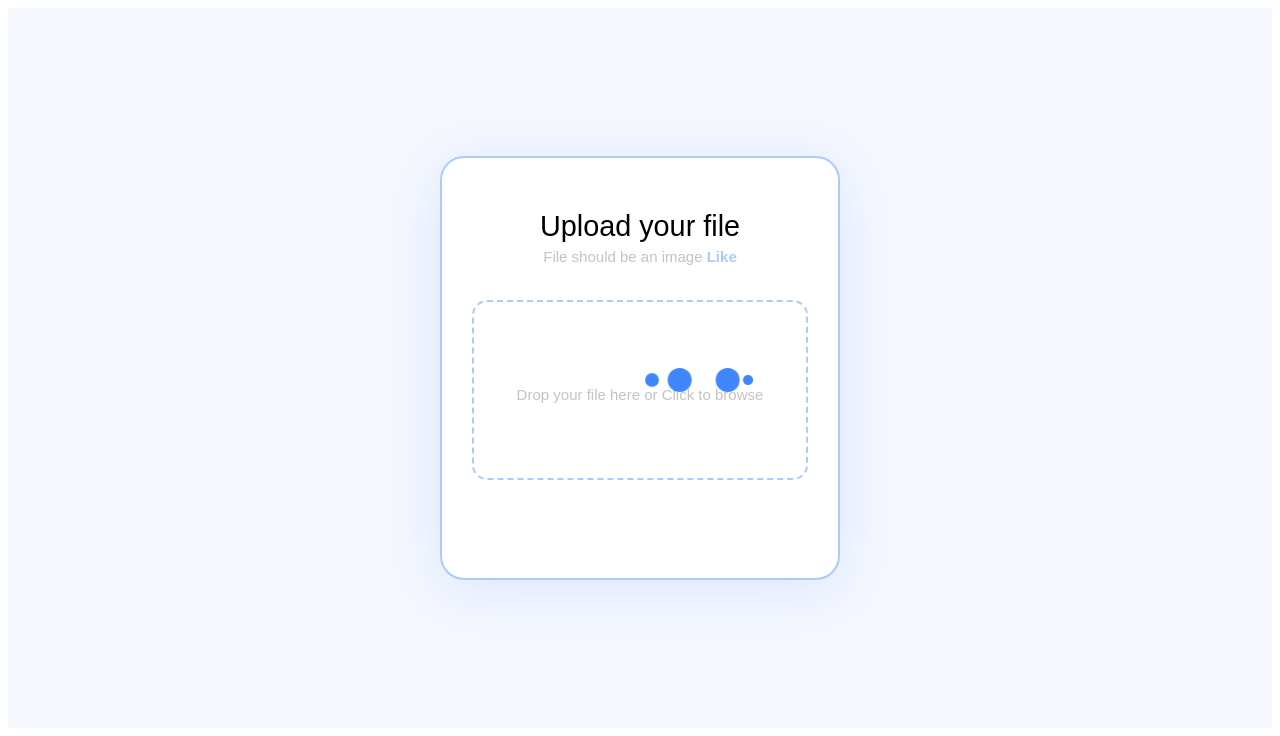
Repository: ThuongDuy/Phan_loai_anh
Page: hcsdlpt/index.html
The author's editor kept a copy of each file at every save. The page is drawn from the files as they stood at one save, then again after the next save.
The browser window is 1280 px wide. The pictures show the whole page.

Above is the page before, as saved 2023-06-01 17:29:41.

### hcsdlpt/index.html
<!DOCTYPE html>
<html lang="en">

<head>
    <meta charset="UTF-8">
    <meta http-equiv="X-UA-Compatible" content="IE=edge">
    <meta name="viewport" content="width=device-width, initial-scale=1.0">
    <title>Document</title>
    <link rel="stylesheet" href="./main.css">
</head>

<body>
    <div class="wrapper">
        <!-- Upload Area -->
        <div id="uploadArea" class="upload-area">
            <!-- Header -->
            <div class="upload-area__header">
                <h1 class="upload-area__title">Upload your file</h1>
                <p class="upload-area__paragraph">
                    File should be an image
                    <strong class="upload-area__tooltip">
                        Like
                        <span class="upload-area__tooltip-data"></span> <!-- Data Will be Comes From Js -->
                    </strong>
                </p>
            </div>
            <!-- End Header -->

            <!-- Drop Zoon -->
            <div id="dropZoon" class="upload-area__drop-zoon drop-zoon">
                <span class="drop-zoon__icon">
                    <i class='bx bxs-file-image'></i>
                </span>
                <p class="drop-zoon__paragraph">Drop your file here or Click to browse</p>
                <span id="loadingText" class="drop-zoon__loading-text">Please Wait</span>
                <img src="" alt="Preview Image" id="previewImage" class="drop-zoon__preview-image" draggable="false">
                <input type="file" id="fileInput" class="drop-zoon__file-input" accept="image/*">
            </div>
            <!-- End Drop Zoon -->

            <!-- File Details -->
            <div id="fileDetails" class="upload-area__file-details file-details">
                <h3 class="file-details__title">Uploaded File</h3>

                <div id="uploadedFile" class="uploaded-file">
                    <div class="uploaded-file__icon-container">
                        <i class='bx bxs-file-blank uploaded-file__icon'></i>
                        <span class="uploaded-file__icon-text"></span> <!-- Data Will be Comes From Js -->
                    </div>

                    <div id="uploadedFileInfo" class="uploaded-file__info">
                        <span class="uploaded-file__name">Proejct 1</span>
                        <span class="uploaded-file__counter">0%</span>
                    </div>
                </div>

                <button id="btnSubmit">test</button>
            </div>
            <!-- End File Details -->
        </div>
        <!-- End Upload Area -->

        <!-- loading -->

        <div class="wrapper-loading">
            <div class="loading">
                <span></span>
                <span></span>
                <span></span>
                <span></span>
            </div>
        </div>

    </div>


    <!-- <div class="loader" id="loader"> -->
    <!-- <svg class="pencil" viewBox="0 0 200 200" width="200px" height="200px" xmlns="http://www.w3.org/2000/svg">
            <defs>
                <clipPath id="pencil-eraser">
                    <rect rx="5" ry="5" width="30" height="30"></rect>
                </clipPath>
            </defs>
            <circle class="pencil__stroke" r="70" fill="none" stroke="currentColor" stroke-width="2"
                stroke-dasharray="439.82 439.82" stroke-dashoffset="439.82" stroke-linecap="round"
                transform="rotate(-113,100,100)" />
            <g class="pencil__rotate" transform="translate(100,100)">
                <g fill="none">
                    <circle class="pencil__body1" r="64" stroke="hsl(223,90%,50%)" stroke-width="30"
                        stroke-dasharray="402.12 402.12" stroke-dashoffset="402" transform="rotate(-90)" />
                    <circle class="pencil__body2" r="74" stroke="hsl(223,90%,60%)" stroke-width="10"
                        stroke-dasharray="464.96 464.96" stroke-dashoffset="465" transform="rotate(-90)" />
                    <circle class="pencil__body3" r="54" stroke="hsl(223,90%,40%)" stroke-width="10"
                        stroke-dasharray="339.29 339.29" stroke-dashoffset="339" transform="rotate(-90)" />
                </g>
                <g class="pencil__eraser" transform="rotate(-90) translate(49,0)">
                    <g class="pencil__eraser-skew">
                        <rect fill="hsl(223,90%,70%)" rx="5" ry="5" width="30" height="30" />
                        <rect fill="hsl(223,90%,60%)" width="5" height="30" clip-path="url(#pencil-eraser)" />
                        <rect fill="hsl(223,10%,90%)" width="30" height="20" />
                        <rect fill="hsl(223,10%,70%)" width="15" height="20" />
                        <rect fill="hsl(223,10%,80%)" width="5" height="20" />
                        <rect fill="hsla(223,10%,10%,0.2)" y="6" width="30" height="2" />
                        <rect fill="hsla(223,10%,10%,0.2)" y="13" width="30" height="2" />
                    </g>
                </g>
                <g class="pencil__point" transform="rotate(-90) translate(49,-30)">
                    <polygon fill="hsl(33,90%,70%)" points="15 0,30 30,0 30" />
                    <polygon fill="hsl(33,90%,50%)" points="15 0,6 30,0 30" />
                    <polygon fill="hsl(223,10%,10%)" points="15 0,20 10,10 10" />
                </g>
            </g>
        </svg> -->
    <!-- <span class="dot"></span>
        <span class="dot"></span>
        <span class="dot"></span> -->
    <!-- </div> -->
    <!-- loading -->

    <script src="https://cdnjs.cloudflare.com/ajax/libs/jquery/3.7.0/jquery.min.js"
        integrity="sha512-3gJwYpMe3QewGELv8k/BX9vcqhryRdzRMxVfq6ngyWXwo03GFEzjsUm8Q7RZcHPHksttq7/GFoxjCVUjkjvPdw=="
        crossorigin="anonymous" referrerpolicy="no-referrer"></script>
    <script src="./scripts.js"></script>
</body>

</html>

### hcsdlpt/main.css
/* General Styles */

* {
    box-sizing: border-box;
}

:root {
    --clr-white: rgb(255, 255, 255);
    --clr-black: rgb(0, 0, 0);
    --clr-light: rgb(245, 248, 255);
    --clr-light-gray: rgb(196, 195, 196);
    --clr-blue: rgb(63, 134, 255);
    --clr-light-blue: rgb(171, 202, 255);
}

body {

}

/* End General Styles */

/* Upload Area */
.upload-area {
    width: 100%;
    max-width: 25rem;
    background-color: var(--clr-white);
    box-shadow: 0 10px 60px rgb(218, 229, 255);
    border: 2px solid var(--clr-light-blue);
    border-radius: 24px;
    padding: 2rem 1.875rem 5rem 1.875rem;
    margin: 0.625rem;
    text-align: center;
}

.upload-area--open {
    /* Slid Down Animation */
    animation: slidDown 500ms ease-in-out;
}

@keyframes slidDown {
    from {
        height: 28.125rem;
        /* 450px */
    }

    to {
        height: 35rem;
        /* 560px */
    }
}

/* Header */
.upload-area__header {}

.upload-area__title {
    font-size: 1.8rem;
    font-weight: 500;
    margin-bottom: 0.3125rem;
}

.upload-area__paragraph {
    font-size: 0.9375rem;
    color: var(--clr-light-gray);
    margin-top: 0;
}

.upload-area__tooltip {
    position: relative;
    color: var(--clr-light-blue);
    cursor: pointer;
    transition: color 300ms ease-in-out;
}

.upload-area__tooltip:hover {
    color: var(--clr-blue);
}

.upload-area__tooltip-data {
    position: absolute;
    top: 50%;
    left: 50%;
    transform: translate(-50%, -125%);
    min-width: max-content;
    background-color: var(--clr-white);
    color: var(--clr-blue);
    border: 1px solid var(--clr-light-blue);
    padding: 0.625rem 1.25rem;
    font-weight: 500;
    opacity: 0;
    visibility: hidden;
    transition: none 300ms ease-in-out;
    transition-property: opacity, visibility;
}

.upload-area__tooltip:hover .upload-area__tooltip-data {
    opacity: 1;
    visibility: visible;
}

/* Drop Zoon */
.upload-area__drop-zoon {
    position: relative;
    height: 11.25rem;
    /* 180px */
    display: flex;
    justify-content: center;
    align-items: center;
    flex-direction: column;
    border: 2px dashed var(--clr-light-blue);
    border-radius: 15px;
    margin-top: 2.1875rem;
    cursor: pointer;
    transition: border-color 300ms ease-in-out;
}

.upload-area__drop-zoon:hover {
    border-color: var(--clr-blue);
}

.drop-zoon__icon {
    display: flex;
    font-size: 3.75rem;
    color: var(--clr-blue);
    transition: opacity 300ms ease-in-out;
}

.drop-zoon__paragraph {
    font-size: 0.9375rem;
    color: var(--clr-light-gray);
    margin: 0;
    margin-top: 0.625rem;
    transition: opacity 300ms ease-in-out;
}

.drop-zoon:hover .drop-zoon__icon,
.drop-zoon:hover .drop-zoon__paragraph {
    opacity: 0.7;
}

.drop-zoon__loading-text {
    position: absolute;
    top: 50%;
    left: 50%;
    transform: translate(-50%, -50%);
    display: none;
    color: var(--clr-light-blue);
    z-index: 10;
}

.drop-zoon__preview-image {
    position: absolute;
    top: 0;
    left: 0;
    width: 100%;
    height: 100%;
    object-fit: contain;
    padding: 0.3125rem;
    border-radius: 10px;
    display: none;
    z-index: 1000;
    transition: opacity 300ms ease-in-out;
}

.drop-zoon:hover .drop-zoon__preview-image {
    opacity: 0.8;
}

.drop-zoon__file-input {
    display: none;
}

/* (drop-zoon--over) Modifier Class */
.drop-zoon--over {
    border-color: var(--clr-blue);
}

.drop-zoon--over .drop-zoon__icon,
.drop-zoon--over .drop-zoon__paragraph {
    opacity: 0.7;
}

/* (drop-zoon--over) Modifier Class */
.drop-zoon--Uploaded {}

.drop-zoon--Uploaded .drop-zoon__icon,
.drop-zoon--Uploaded .drop-zoon__paragraph {
    display: none;
}

/* File Details Area */
.upload-area__file-details {
    height: 0;
    visibility: hidden;
    opacity: 0;
    text-align: left;
    transition: none 500ms ease-in-out;
    transition-property: opacity, visibility;
    transition-delay: 500ms;
}

/* (duploaded-file--open) Modifier Class */
.file-details--open {
    height: auto;
    visibility: visible;
    opacity: 1;
}

.file-details__title {
    font-size: 1.125rem;
    font-weight: 500;
    color: var(--clr-light-gray);
}

/* Uploaded File */
.uploaded-file {
    display: flex;
    align-items: center;
    padding: 0.625rem 0;
    visibility: hidden;
    opacity: 0;
    transition: none 500ms ease-in-out;
    transition-property: visibility, opacity;
}

/* (duploaded-file--open) Modifier Class */
.uploaded-file--open {
    visibility: visible;
    opacity: 1;
}

.uploaded-file__icon-container {
    position: relative;
    margin-right: 0.3125rem;
}

.uploaded-file__icon {
    font-size: 3.4375rem;
    color: var(--clr-blue);
}

.uploaded-file__icon-text {
    position: absolute;
    top: 1.5625rem;
    left: 50%;
    transform: translateX(-50%);
    font-size: 0.9375rem;
    font-weight: 500;
    color: var(--clr-white);
}

.uploaded-file__info {
    position: relative;
    top: -0.3125rem;
    width: 100%;
    display: flex;
    justify-content: space-between;
}

.uploaded-file__info::before,
.uploaded-file__info::after {
    content: '';
    position: absolute;
    bottom: -0.9375rem;
    width: 0;
    height: 0.5rem;
    background-color: #ebf2ff;
    border-radius: 0.625rem;
}

.uploaded-file__info::before {
    width: 100%;
}

.uploaded-file__info::after {
    width: 100%;
    background-color: var(--clr-blue);
}

/* Progress Animation */
.uploaded-file__info--active::after {
    animation: progressMove 800ms ease-in-out;
    animation-delay: 300ms;
}

@keyframes progressMove {
    from {
        width: 0%;
        background-color: transparent;
    }

    to {
        width: 100%;
        background-color: var(--clr-blue);
    }
}

.uploaded-file__name {
    width: 100%;
    max-width: 6.25rem;
    /* 100px */
    display: inline-block;
    font-size: 1rem;
    white-space: nowrap;
    overflow: hidden;
    text-overflow: ellipsis;
}

.uploaded-file__counter {
    font-size: 1rem;
    color: var(--clr-light-gray);
}

.loader {
    width: 100%;
    height: 300px;
    display: flex;
    align-items: center;
    justify-content: center;
    gap: 20px;
}

.dot {
    height: 40px;
    width: 40px;
    border-radius: 50%;
}

.dot:nth-child(1) {
    background-color: red;
    animation: jump 0.6s 0.5s ease-in infinite
}

.dot:nth-child(2) {
    background-color: blue;
    animation: jump 0.6s 0.7s ease-in infinite
}

.dot:nth-child(3) {
    background-color: orange;
    animation: jump 0.6s 0.9s ease-in infinite
}


@keyframes jump {
    0% {
        transform: translate3D(0, 0, 0);
        opacity: 0;
    }

    50% {
        transform: translate3D(0, -15px, 0);
        opacity: 0.5;
    }

    100% {
        transform: translate3D(0, 0, 0);
        opacity: 1;
    }
}

/* * {
    border: 0;
    box-sizing: border-box;
    margin: 0;
    padding: 0;
}

:root {
    --hue: 223;
    --bg: hsl(var(--hue), 90%, 90%);
    --fg: hsl(var(--hue), 90%, 10%);
    --trans-dur: 0.3s;
    font-size: calc(20px + (30 - 20) * (100vw - 320px) / (1280 - 320));
}

body {
    background: var(--bg);
    color: var(--fg);
    font: 1em/1.5 sans-serif;
    height: 100vh;
    display: grid;
    place-items: center;
}

.pencil {
    display: block;
    width: 10em;
    height: 10em;
}

.pencil__body1,
.pencil__body2,
.pencil__body3,
.pencil__eraser,
.pencil__eraser-skew,
.pencil__point,
.pencil__rotate,
.pencil__stroke {
    animation-duration: 3s;
    animation-timing-function: linear;
    animation-iteration-count: infinite;
}

.pencil__body1,
.pencil__body2,
.pencil__body3 {
    transform: rotate(-90deg);
}

.pencil__body1 {
    animation-name: pencilBody1;
}

.pencil__body2 {
    animation-name: pencilBody2;
}

.pencil__body3 {
    animation-name: pencilBody3;
}

.pencil__eraser {
    animation-name: pencilEraser;
    transform: rotate(-90deg) translate(49px, 0);
}

.pencil__eraser-skew {
    animation-name: pencilEraserSkew;
    animation-timing-function: ease-in-out;
}

.pencil__point {
    animation-name: pencilPoint;
    transform: rotate(-90deg) translate(49px, -30px);
}

.pencil__rotate {
    animation-name: pencilRotate;
}

.pencil__stroke {
    animation-name: pencilStroke;
    transform: translate(100px, 100px) rotate(-113deg);
}

@keyframes pencilBody1 {

    from,
    to {
        stroke-dashoffset: 351.86;
        transform: rotate(-90deg);
    }

    50% {
        stroke-dashoffset: 150.8;
        transform: rotate(-225deg);
    }
}

@keyframes pencilBody2 {

    from,
    to {
        stroke-dashoffset: 406.84;
        transform: rotate(-90deg);
    }

    50% {
        stroke-dashoffset: 174.36;
        transform: rotate(-225deg);
    }
}

@keyframes pencilBody3 {

    from,
    to {
        stroke-dashoffset: 296.88;
        transform: rotate(-90deg);
    }

    50% {
        stroke-dashoffset: 127.23;
        transform: rotate(-225deg);
    }
}

@keyframes pencilEraser {

    from,
    to {
        transform: rotate(-45deg) translate(49px, 0);
    }

    50% {
        transform: rotate(0deg) translate(49px, 0);
    }
}

@keyframes pencilEraserSkew {

    from,
    32.5%,
    67.5%,
    to {
        transform: skewX(0);
    }

    35%,
    65% {
        transform: skewX(-4deg);
    }

    37.5%,
    62.5% {
        transform: skewX(8deg);
    }

    40%,
    45%,
    50%,
    55%,
    60% {
        transform: skewX(-15deg);
    }

    42.5%,
    47.5%,
    52.5%,
    57.5% {
        transform: skewX(15deg);
    }
}

@keyframes pencilPoint {

    from,
    to {
        transform: rotate(-90deg) translate(49px, -30px);
    }

    50% {
        transform: rotate(-225deg) translate(49px, -30px);
    }
}

@keyframes pencilRotate {
    from {
        transform: translate(100px, 100px) rotate(0);
    }

    to {
        transform: translate(100px, 100px) rotate(720deg);
    }
}

@keyframes pencilStroke {
    from {
        stroke-dashoffset: 439.82;
        transform: translate(100px, 100px) rotate(-113deg);
    }

    50% {
        stroke-dashoffset: 164.93;
        transform: translate(100px, 100px) rotate(-113deg);
    }

    75%,
    to {
        stroke-dashoffset: 439.82;
        transform: translate(100px, 100px) rotate(112deg);
    }
} */


:root {
    --loading-spinner-size: 1.5rem;
    --loading-spinner-gap: 1;
    /* [1] */
    --loading-spinner-wrapper: calc(var(--loading-spinner-size) * 3 + var(--loading-spinner-gap) * var(--loading-spinner-size) * 2);
    /* [2] */
    --loading-spinner-color: rgb(63, 134, 255);

    --animation-timing: cubic-bezier(0, 1, 1, 0);
    --animation-duration: 600ms;
    --animation-count: infinite;
}

.loading {
    --spacer: calc(var(--loading-spinner-size) * var(--loading-spinner-gap) + var(--loading-spinner-size));
    /* [3] */
    position: relative;
    width: var(--loading-spinner-wrapper);
    height: var(--loading-spinner-size);
    /* border: 1px solid red; */
    /* [4] */
}

.loading span {
    position: absolute;
    top: 0;
    width: var(--loading-spinner-size);
    aspect-ratio: 1 / 1;
    border-radius: 50%;
    background: var(--loading-spinner-color);
    animation-timing-function: var(--animation-timing);
}

.loading span:nth-child(1) {
    left: 0;
    animation: scale-up var(--animation-duration) var(--animation-count);
}

.loading span:nth-child(2) {
    left: 0;
    animation: move-right var(--animation-duration) var(--animation-count);
}

.loading span:nth-child(3) {
    left: calc(var(--spacer) * 1);
    animation: move-right var(--animation-duration) var(--animation-count);
}

.loading span:nth-child(4) {
    left: calc(var(--spacer) * 2);
    animation: scale-down var(--animation-duration) var(--animation-count);
}

@keyframes scale-up {
    from {
        transform: scale(0)
    }

    to {
        transform: scale(1)
    }
}

@keyframes scale-down {
    from {
        transform: scale(1)
    }

    to {
        transform: scale(0)
    }
}

@keyframes move-right {
    from {
        transform: translate(0, 0)
    }

    to {
        transform: translate(var(--spacer), 0)
    }

    /* [3] */
}

/* General styling */
* {
    box-sizing: border-box
}

.wrapper {
    position: relative;
    margin: 0;
    padding: 0;
    background-color: var(--clr-light);
    color: var(--clr-black);
    font-family: 'Poppins', sans-serif;
    font-size: 1.125rem;
    min-height: 100vh;
    display: flex;
    justify-content: center;
    align-items: center;
}
.upload-area {
    position: absolute;
    z-index: 1;
}
.loading {
    position: absolute;
    z-index: 9;
}

Loaded but not shown: hcsdlpt/scripts.js (222 lines, source omitted)

After the next save:
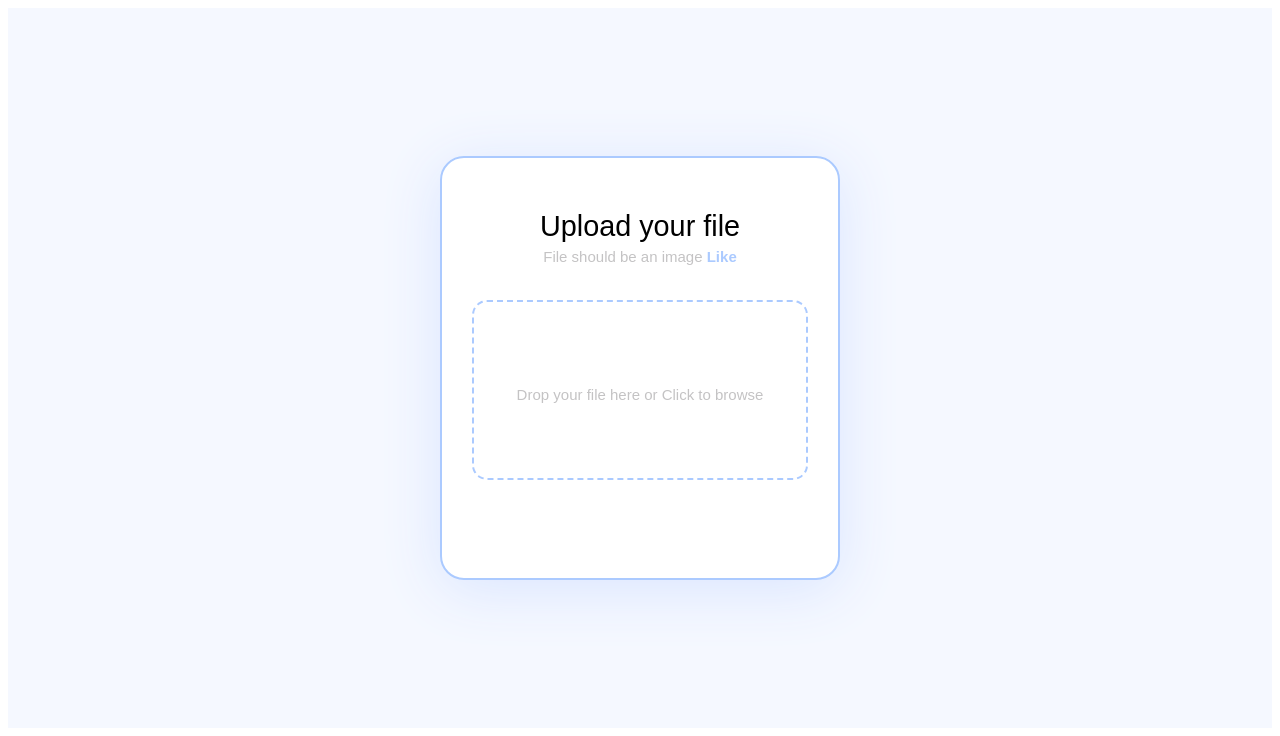
Saved 105 s later.
--- a/hcsdlpt/index.html
+++ b/hcsdlpt/index.html
@@ -61,16 +61,6 @@
         <!-- End Upload Area -->
 
         <!-- loading -->
-
-        <div class="wrapper-loading">
-            <div class="loading">
-                <span></span>
-                <span></span>
-                <span></span>
-                <span></span>
-            </div>
-        </div>
-
     </div>
 
 
